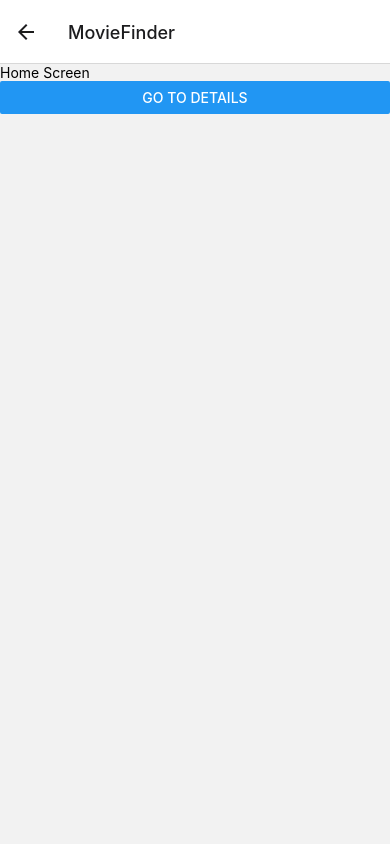
Repository: itadori17/MovieApi
Screen: /MovieFinder
The author's editor kept a copy of each file at every save. The screen is drawn from the files as they stood at one save, then again after a run of saves.
The app was drawn by React Native's web renderer in a window 390 px wide. The project was rebuilt for these pictures with package versions that can differ from the ones it lists, and the page was loaded fresh each time.

Above is the screen before, as saved 2022-08-22 09:33:53.

After the next 2 saves:
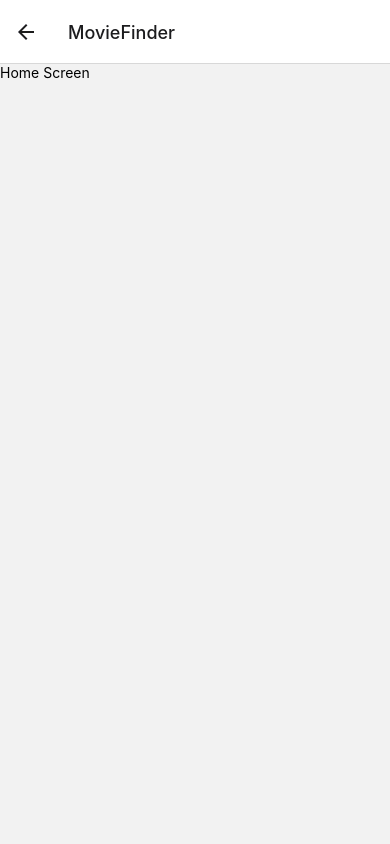
The 2 saves are shown as one change because they came seconds apart.
The last was saved 36 s later.
--- a/src/Screens/MovieFinder.js
+++ b/src/Screens/MovieFinder.js
@@ -1,11 +1,11 @@
-import { View, Text, Button } from 'react-native'
+import { View, Text, TouchableOpacity } from 'react-native'
 import React from 'react'
 
 const MovieFinder = () => {
   return (
     <View>
      <Text>Home Screen</Text>
-      <Button
+      <TouchableOpacity
         title="Go to Details"
         onPress={() => navigation.navigate('Details')}
       />
